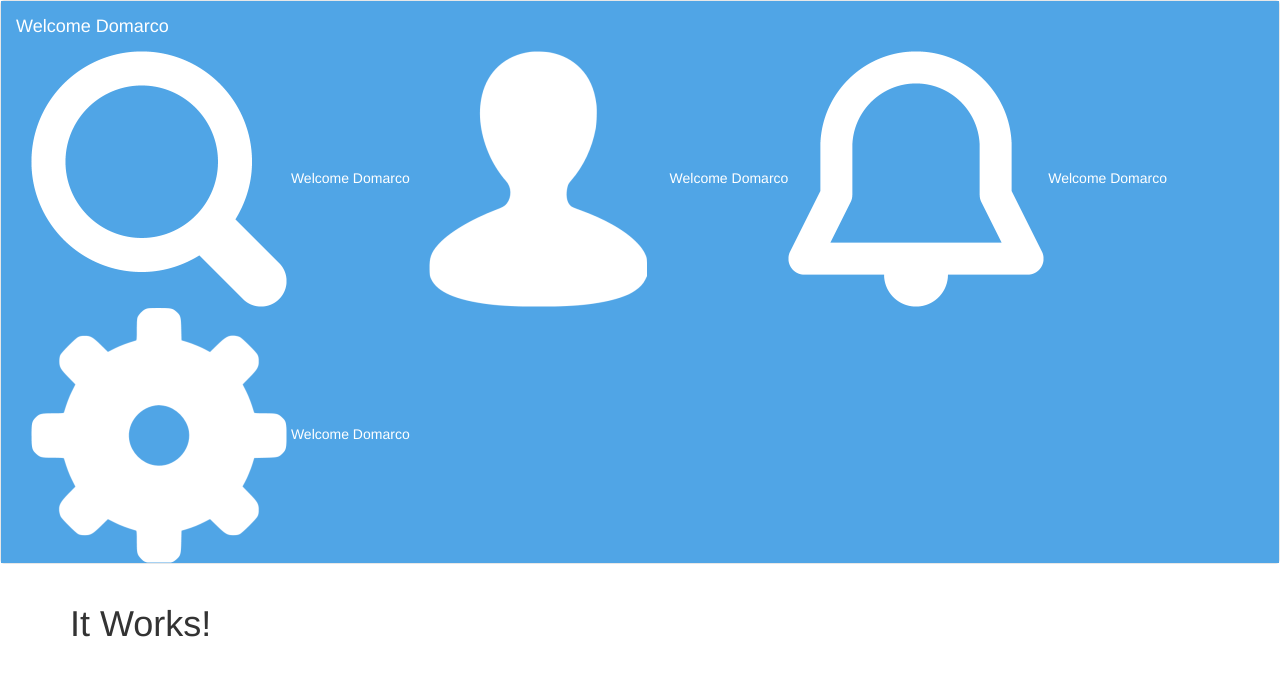
Repository: PrestasiBengis/PBO2-FinalProject
Page: http://localhost/FinalProject_-_Sistem_SKKM/MainFrame.jsp
An editor plug-in stored every save of this project. The page is shown before and after the next save, followed by the edit.
The browser window is 1280 px wide. The pictures show the whole page.
The page is served by Tomcat 9. Other server files are loaded and not shown.

Above is the page before, as saved 2015-05-22 10:30:27.

### FinalProject - Sistem SKKM/WebContent/MainFrame.jsp
<%@ page language="java" contentType="text/html; charset=ISO-8859-1"
    pageEncoding="ISO-8859-1"%>
<%@ page import = "com.fantastic5.skkmprogram.*" %>


<!DOCTYPE html PUBLIC "-//W3C//DTD HTML 4.01 Transitional//EN" "http://www.w3.org/TR/html4/loose.dtd">
<html lang="en">
  <head>
    <meta charset="utf-8">
    <meta http-equiv="X-UA-Compatible" content="IE=edge">
    <meta name="viewport" content="width=device-width, initial-scale=1">
    <!-- The above 3 meta tags *must* come first in the head; any other head content must come *after* these tags -->
    <title>Products - IF532 JSP</title>

    <!-- Bootstrap -->
    <link href="css/bootstrap.min.css" rel="stylesheet">
	<link href="css/dataTables.bootstrap.css" rel="stylesheet">

    <!-- HTML5 shim and Respond.js for IE8 support of HTML5 elements and media queries -->
    <!-- WARNING: Respond.js doesn't work if you view the page via file:// -->
    <!--[if lt IE 9]>
      <script src="https://oss.maxcdn.com/html5shiv/3.7.2/html5shiv.min.js"></script>
      <script src="https://oss.maxcdn.com/respond/1.4.2/respond.min.js"></script>
    <![endif]-->

	<!-- jQuery (necessary for Bootstrap's JavaScript plugins) -->
    <script src="js/jquery-1.11.3.min.js"></script>
    <!-- Include all compiled plugins (below), or include individual files as needed -->
    <script src="js/bootstrap.min.js"></script>
	<script src="js/jquery.dataTables.min.js"></script>
	<script src="js/dataTables.bootstrap.js"></script>

	<style type="text/css">
		body { font-size: 140%; }

		#header{
			background: #50A5E6;
			color: #fff;
		}
	</style>



  </head>

  <body>
	<nav class="navbar navbar-default">
		<div class="container-fluid" id="header">
			<!-- Brand and toggle get grouped for better mobile display -->
			<div class="navbar-header">
			  <button type="button" class="navbar-toggle collapsed" data-toggle="collapse" data-target="#bs-example-navbar-collapse-1">
				<span class="sr-only">Toggle navigation</span>
				<span class="icon-bar"></span>
				<span class="icon-bar"></span>
				<span class="icon-bar"></span>
			  </button>
			  <a class="navbar-brand" href="#" style="color: white;">Welcome Domarco</a>
			</div>

			<!-- Collect the nav links, forms, and other content for toggling -->
			<div class="collapse navbar-collapse" id="bs-example-navbar-collapse-1" >
			  <ul class="nav navbar-nav navbar-right" >
				<li>
					<img src="./icon/search.png"> Welcome Domarco
				</li>
				<li class="active">
					<img src="./icon/contacts.png"> Welcome Domarco
				</li>
				<li>
					<img src="./icon/bell.png"> Welcome Domarco
				</li>
				<li>
					<img src="./icon/gear.png"> Welcome Domarco
				</li>
			  </ul>
			</div><!-- /.navbar-collapse -->
		</div><!-- /.container-fluid -->
	</nav>

	<script type="text/javascript">
		$(document).ready(function() {
			$('#example').dataTable();
		} );
	</script>

	<div class="container">

		<h1> It Works!</h1>
	</div>


  </body>
</html>

Loaded but not shown: FinalProject - Sistem SKKM/WebContent/css/bootstrap.min.css (library); FinalProject - Sistem SKKM/WebContent/css/dataTables.bootstrap.css (common file); FinalProject - Sistem SKKM/WebContent/js/jquery-1.11.3.min.js (library); FinalProject - Sistem SKKM/WebContent/js/bootstrap.min.js (library); FinalProject - Sistem SKKM/WebContent/js/jquery.dataTables.min.js (library); FinalProject - Sistem SKKM/WebContent/js/dataTables.bootstrap.js (common file)

After the next save:
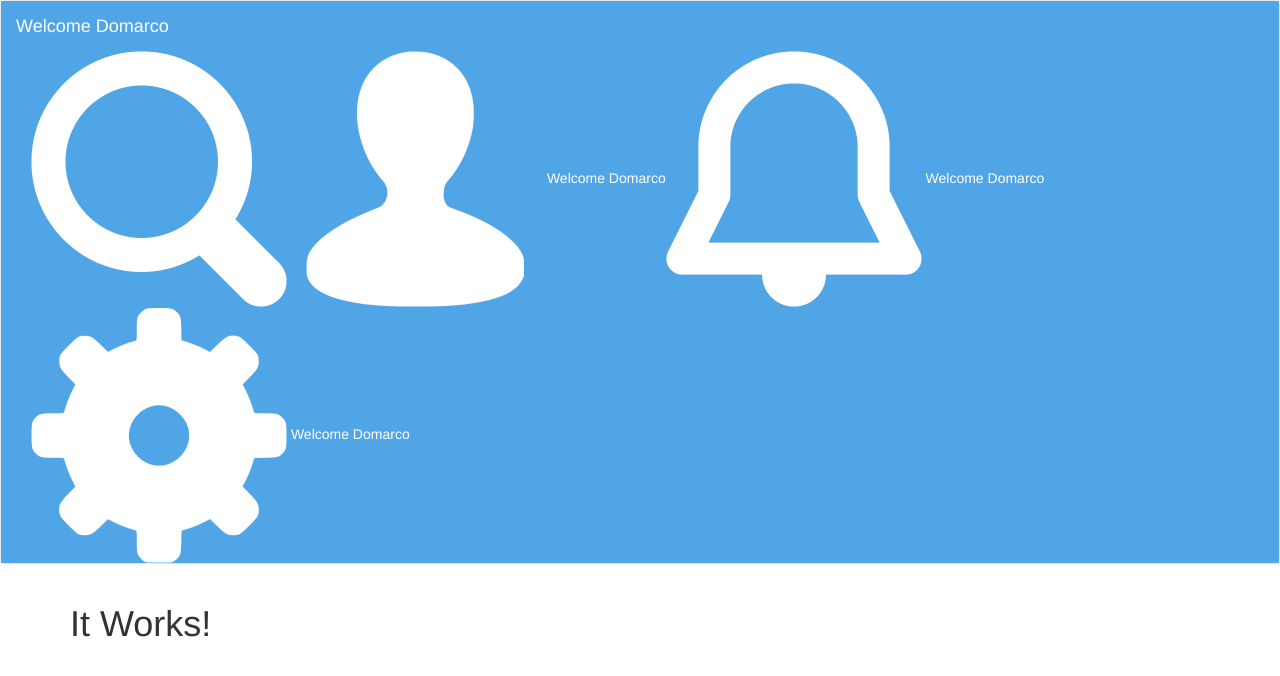
Saved 41 s later.
--- a/FinalProject - Sistem SKKM/WebContent/MainFrame.jsp
+++ b/FinalProject - Sistem SKKM/WebContent/MainFrame.jsp
@@ -61,7 +61,7 @@
 			<div class="collapse navbar-collapse" id="bs-example-navbar-collapse-1" >
 			  <ul class="nav navbar-nav navbar-right" >
 				<li>
-					<img src="./icon/search.png"> Welcome Domarco
+					<img src="./icon/search.png">
 				</li>
 				<li class="active">
 					<img src="./icon/contacts.png"> Welcome Domarco
